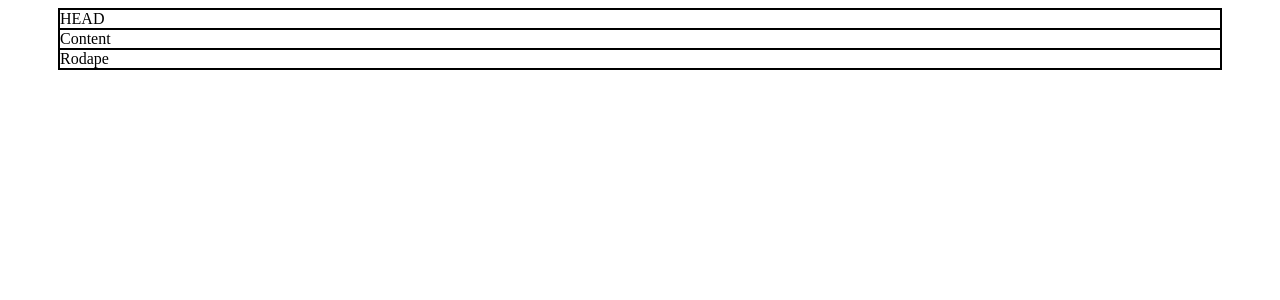
Repository: Natanzx/DogECatRoom
Page: http://localhost/DogECatRoom/login.jsp
The author's editor kept a copy of each file at every save. The page is drawn from the files as they stood at one save, then again after the next save.
The browser window is 1280 px wide. The pictures show the whole page.
The page is served by Tomcat 9. Other server files are loaded and not shown.

Above is the page before, as saved 2016-05-15 18:13:17.

### DogECatRoom/WebContent/login.jsp
<%@ page language="java" contentType="text/html; charset=ISO-8859-1"
    pageEncoding="ISO-8859-1"%>
<!DOCTYPE html PUBLIC "-//W3C//DTD HTML 4.01 Transitional//EN" "http://www.w3.org/TR/html4/loose.dtd">
<html>
<head>
	<meta http-equiv="Content-Type" content="text/html; charset=ISO-8859-1">
	<title>Efetuar Login</title>

	<link rel="stylesheet" type="text/css" href="/DogECatRoom/bibliotecas/css/estilos.css">
</head>
<body>
	<div class="divMargin">
		<div style="">
			HEAD
		</div>

		<div>
			Content
		</div>

		<div>
			Rodape
		</div>
	</div>
</body>
</html>

### DogECatRoom/WebContent/bibliotecas/css/estilos.css
@CHARSET "ISO-8859-1";

div {

	border				: 1px solid black;
}

.divMargin{
	margin				: 0px 50px;

}

After the next save:
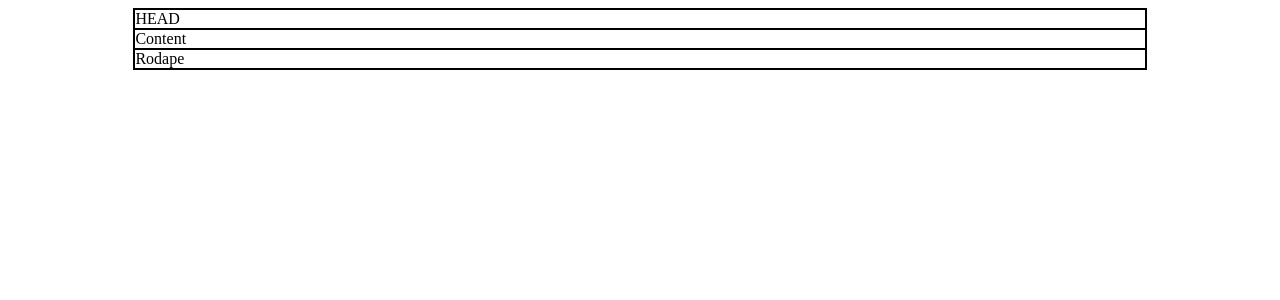
Saved 17 s later.
--- a/DogECatRoom/WebContent/bibliotecas/css/estilos.css
+++ b/DogECatRoom/WebContent/bibliotecas/css/estilos.css
@@ -6,6 +6,7 @@ div {
 }
 
 .divMargin{
-	margin				: 0px 50px;
+	width				: 80%;
+	margin				: auto;
 
 }
